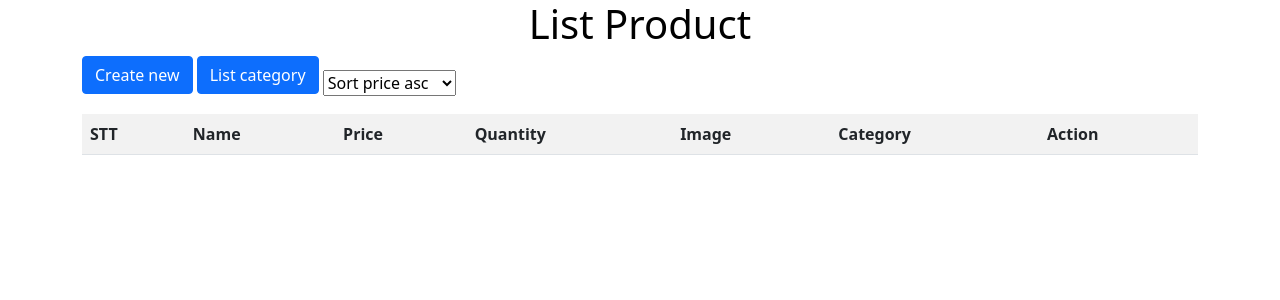
Repository: hongquan16101995/servlet-jw0124
Page: http://localhost/demo/products
These files come from the project's save history. The page is drawn as it stood at one moment and after the next save; the edit follows.
The browser window is 1280 px wide. The pictures show the whole page.
The page is served by Tomcat 9. Other server files are loaded and not shown. Queries for data that is not in the repository find no rows.

Above is the page before, as saved 2024-05-21 14:00:29.

### demo/src/main/webapp/product/list.jsp
<%@ page language="java" contentType="text/html; charset=ISO-8859-1"
    pageEncoding="ISO-8859-1"%>
<%@ taglib prefix = "c" uri = "http://java.sun.com/jsp/jstl/core" %>
<!DOCTYPE html>
<html>
<head>
<meta charset="ISO-8859-1">
<title>Insert title here</title>
<link href="https://cdn.jsdelivr.net/npm/bootstrap@5.0.2/dist/css/bootstrap.min.css" rel="stylesheet" integrity="sha384-EVSTQN3/azprG1Anm3QDgpJLIm9Nao0Yz1ztcQTwFspd3yD65VohhpuuCOmLASjC" crossorigin="anonymous">
<script src="https://cdn.jsdelivr.net/npm/bootstrap@5.0.2/dist/js/bootstrap.bundle.min.js" integrity="sha384-MrcW6ZMFYlzcLA8Nl+NtUVF0sA7MsXsP1UyJoMp4YLEuNSfAP+JcXn/tWtIaxVXM" crossorigin="anonymous"></script>
<style type="text/css">
	img {
		width: 150px;
		height: 150px;
	}

	h1 {
		text-align: center;
	}

	.btn-primary {
		margin-bottom: 20px;
	}

	a {
		text-decoration: none;
		color: black;
	}
</style>
</head>
<body>
<div class="container">
<h1><a href="/demo/products">List Product</a></h1>
<div class="row">
<div class="col-md-8">
<a class="btn btn-primary" href="/demo/products?action=createGet">Create new</a>
<a class="btn btn-primary" href="/demo/categories">List category</a>
<select>
<option><a href="/demo/products?action=sortPrice&status=ASC">Sort price asc</a></option>
<option><a href="/demo/products?action=sortPrice&status=DESC">Sort price desc</a></option>
</select>
</div>
<div class="col-md-4"></div>
</div>


<table class="table table-striped">
	<tr>
		<th>STT</th>
		<th>Name</th>
		<th>Price</th>
		<th>Quantity</th>
		<th>Image</th>
		<th>Category</th>
		<th colspan="2">Action</th>
	</tr>
	<c:forEach items="${products}" var="p" varStatus="ps">
	<tr>
		<td>${ps.count }</td>
		<td>${p.name }</td>
		<td>${p.price }</td>
		<td>${p.quantity }</td>
		<td><img src="${p.image }"/></td>
		<td><a href="/demo/products?action=findByCategory&cId=${p.category.id }">${p.category.name }</a></td>
		<td><a class="btn btn-warning" href="/demo/products?action=updateGet&id=${p.id }">Edit</a></td>
		<td><button class="btn btn-danger" onclick="deleteProduct(${p.id })">Delete</button></td>
	</tr>
	</c:forEach>
</table>
</div>
</body>
<script>
	function deleteProduct(id) {
		if (confirm("Are you sure?")) {
			window.location.href = "http://localhost:8080/demo/products?action=deleteProduct&id=" + id
		}
	}
</script>
</html>

### demo/src/main/java/controller/ProductServlet.java
package controller;

import java.io.IOException;
import java.util.List;

import javax.servlet.ServletException;
import javax.servlet.annotation.WebServlet;
import javax.servlet.http.HttpServlet;
import javax.servlet.http.HttpServletRequest;
import javax.servlet.http.HttpServletResponse;

import model.Category;
import model.Product;
import service.CategoryService;
import service.ProductService;

/**
 * Servlet implementation class ProductServlet
 */
@WebServlet("/products")
public class ProductServlet extends HttpServlet {
	private static final long serialVersionUID = 1L;
	private ProductService productService = new ProductService();
	private CategoryService categoryService = new CategoryService();

	/**
	 * @see HttpServlet#doGet(HttpServletRequest request, HttpServletResponse response)
	 */
	protected void doGet(HttpServletRequest request, HttpServletResponse response) throws ServletException, IOException {
		// TODO Auto-generated method stub
		String action = request.getParameter("action");
		if (action == null) {
			action = "";
		}
		switch(action) {
			case "createGet":
				createGet(request, response);
				break;
			case "updateGet":
				updateGet(request, response);
				break;
			case "deleteProduct":
				deleteProduct(request, response);
				break;
			case "findByCategory":
				findByCategory(request, response);
				break;
			case "sortPrice":
				sortPrice(request, response);
				break;
			default:
				displayAllProduct(request, response);
				break;
		}
	}

	/**
	 * @see HttpServlet#doPost(HttpServletRequest request, HttpServletResponse response)
	 */
	protected void doPost(HttpServletRequest request, HttpServletResponse response) throws ServletException, IOException {
		// TODO Auto-generated method stub
		String action = request.getParameter("action");
		if (action == null) {
			action = "";
		}
		switch(action) {
			case "createPost":
				createPost(request, response);
				break;
			case "updatePost":
				updatePost(request, response);
				break;
		}
	}

	private void displayAllProduct(HttpServletRequest request, HttpServletResponse response) throws ServletException, IOException {
		List<Product> products = productService.getProducts();
		request.setAttribute("products", products);
		request.getRequestDispatcher("product/list.jsp").forward(request, response);
	}

	private void findByCategory(HttpServletRequest request, HttpServletResponse response) throws ServletException, IOException {
//		int categoryId = Integer.parseInt(request.getParameter("cId"));
//		List<Product> products = productService.findByCateogory(categoryId);
//		request.setAttribute("products", products);
//		request.getRequestDispatcher("product/list.jsp").forward(request, response);
	}

	private void createGet(HttpServletRequest request, HttpServletResponse response) throws ServletException, IOException {
		Product product = new Product();
		List<Category> categories = categoryService.getCategories();
		request.setAttribute("product", product);
		request.setAttribute("categories", categories);
		request.getRequestDispatcher("product/create.jsp").forward(request, response);
	}

	private void createPost(HttpServletRequest request, HttpServletResponse response) throws ServletException, IOException {
		String name = request.getParameter("name");
		double price = Double.parseDouble(request.getParameter("price"));
		int quantity = Integer.parseInt(request.getParameter("quantity"));
		String image = request.getParameter("image");
		int categoryId = Integer.parseInt(request.getParameter("cId"));
		Category category = categoryService.getById(categoryId);
		productService.createProduct(new Product(name, price, quantity, image, category, 0));
		response.sendRedirect("/demo/products");
	}

	private void updateGet(HttpServletRequest request, HttpServletResponse response) throws ServletException, IOException {
		int id = Integer.parseInt(request.getParameter("id"));
		Product product = productService.getById(id);
		List<Category> categories = categoryService.getCategories();
		request.setAttribute("product", product);
		request.setAttribute("categories", categories);
		request.getRequestDispatcher("product/update.jsp").forward(request, response);
	}

	private void updatePost(HttpServletRequest request, HttpServletResponse response) throws ServletException, IOException {
		int id = Integer.parseInt(request.getParameter("id"));
		String name = request.getParameter("name");
		double price = Double.parseDouble(request.getParameter("price"));
		int quantity = Integer.parseInt(request.getParameter("quantity"));
		String image = request.getParameter("image");
		int categoryId = Integer.parseInt(request.getParameter("cId"));
		Category category = categoryService.getById(categoryId);
		productService.updateProduct(id, new Product(id, name, price, quantity, image, category, 0));
		response.sendRedirect("/demo/products");
	}

	private void deleteProduct(HttpServletRequest request, HttpServletResponse response) throws ServletException, IOException {
		int id = Integer.parseInt(request.getParameter("id"));
		productService.deleteProduct(id);
		response.sendRedirect("/demo/products");
	}

	private void sortPrice(HttpServletRequest request, HttpServletResponse response) throws ServletException, IOException {
		String status = request.getParameter("status");
		List<Product> products = productService.sortByPrice(status);
		request.setAttribute("products", products);
		request.getRequestDispatcher("product/list.jsp").forward(request, response);
	}


}

### demo/src/main/java/DAO/ProductDAO.java
package DAO;

import java.sql.Connection;
import java.sql.PreparedStatement;
import java.sql.ResultSet;
import java.sql.SQLException;
import java.util.ArrayList;
import java.util.List;

import connection.MyConnection;
import model.Product;
import model.Category;

public class ProductDAO {
	private Connection connection;
	private CategoryDAO categoryDAO;
	private static final String SELECT_ALL_PRODUCT = "select * from product;";
	private static final String SELECT_BY_ID = "select * from product where id = ?;";
	private static final String INSERT_INTO = "insert into product(name,price,quantity,image,c_id,status) value (?,?,?,?,?,?);";
	private static final String UPDATE_BY_ID = "update product set name = ?, price = ?, quantity = ?, image = ?, c_id = ? where id = ?;";
	private static final String DELETE_BY_ID = "delete from product where id = ?;";
	private static String SORT_BY_PRICE = "select * from product order by price";
	private static String SORT_BY_QUANTITY = "select * from product order by quantity";
	private static final String SEARCH_BY_NAME = "select * from product where name like ?";

	public ProductDAO() {
		connection = MyConnection.getConnection();
		categoryDAO = new CategoryDAO();
	}

	public List<Product> findAll() {
		List<Product> products = new ArrayList<>();
		try (PreparedStatement preparedStatement = connection.prepareStatement(SELECT_ALL_PRODUCT);) {
			ResultSet rs = preparedStatement.executeQuery();
			while (rs.next()) {
				int id = rs.getInt("id");
				String name = rs.getString("name");
				double price = rs.getDouble("price");
				int quantity = rs.getInt("quantity");
				String image = rs.getString("image");
				int status = rs.getInt("status");
				int cId = rs.getInt("c_id");
				Category category = categoryDAO.findById(cId);
				products.add(new Product(id, name, price, quantity, image, category, status));
			}
		}catch (SQLException e) {
			e.printStackTrace();
		}
		return products;
	}

	public void create(Product product) {
		try (PreparedStatement preparedStatement = connection.prepareStatement(INSERT_INTO);) {
			preparedStatement.setString(1, product.getName());
			preparedStatement.setDouble(2, product.getPrice());
			preparedStatement.setInt(3, product.getQuantity());
			preparedStatement.setString(4, product.getImage());
			preparedStatement.setInt(5, product.getCategory().getId());
			preparedStatement.setInt(6, 0);
			preparedStatement.executeUpdate();
		}catch (SQLException e) {
			e.printStackTrace();
		}
	}

	public Product findById(int id) {
		try (PreparedStatement preparedStatement = connection.prepareStatement(SELECT_BY_ID);) {
			preparedStatement.setInt(1, id);
			ResultSet rs = preparedStatement.executeQuery();
			while (rs.next()) {
				int idDb = rs.getInt("id");
				String name = rs.getString("name");
				double price = rs.getDouble("price");
				int quantity = rs.getInt("quantity");
				String image = rs.getString("image");
				int status = rs.getInt("status");
				int cId = rs.getInt("c_id");
				Category category = categoryDAO.findById(cId);
				return new Product(idDb, name, price, quantity, image, category, status);
			}
		}catch (SQLException e) {
			e.printStackTrace();
		}
		return null;
	}

	public void update(int id, Product product) {
		try (PreparedStatement preparedStatement = connection.prepareStatement(UPDATE_BY_ID);) {
			preparedStatement.setString(1, product.getName());
			preparedStatement.setDouble(2, product.getPrice());
			preparedStatement.setInt(3, product.getQuantity());
			preparedStatement.setString(4, product.getImage());
			preparedStatement.setInt(5, product.getCategory().getId());
			preparedStatement.setInt(6, id);
			preparedStatement.executeUpdate();
		}catch (SQLException e) {
			e.printStackTrace();
		}
	}

	public void deleteById(int id) {
		try (PreparedStatement preparedStatement = connection.prepareStatement(DELETE_BY_ID);) {
			preparedStatement.setInt(1, id);
			preparedStatement.executeUpdate();
		}catch (SQLException e) {
			e.printStackTrace();
		}
	}

	public List<Product> sortByPrice(String statusSort) {
		List<Product> products = new ArrayList<>();
		if (statusSort.equals("DESC")) {
			SORT_BY_PRICE += " DESC;";
		} else if (statusSort.equals("ASC")){
			SORT_BY_PRICE += " ASC;";
		}
		try (PreparedStatement preparedStatement = connection.prepareStatement(SORT_BY_PRICE);) {
			ResultSet rs = preparedStatement.executeQuery();
			while (rs.next()) {
				int id = rs.getInt("id");
				String name = rs.getString("name");
				double price = rs.getDouble("price");
				int quantity = rs.getInt("quantity");
				String image = rs.getString("image");
				int status = rs.getInt("status");
				int cId = rs.getInt("c_id");
				Category category = categoryDAO.findById(cId);
				products.add(new Product(id, name, price, quantity, image, category, status));
			}
		}catch (SQLException e) {
			e.printStackTrace();
		}
		return products;
	}

	public List<Product> sortByQuantity(String statusSort){
		List<Product> products = new ArrayList<>();
		if (statusSort.equals("DESC")) {
			SORT_BY_QUANTITY += " DESC;";
		} else if (statusSort.equals("ASC")){
			SORT_BY_QUANTITY += " ASC;";
		}
		try (PreparedStatement preparedStatement = connection.prepareStatement(SORT_BY_QUANTITY);) {
			ResultSet rs = preparedStatement.executeQuery();
			while (rs.next()) {
				int id = rs.getInt("id");
				String name = rs.getString("name");
				double price = rs.getDouble("price");
				int quantity = rs.getInt("quantity");
				String image = rs.getString("image");
				int status = rs.getInt("status");
				int cId = rs.getInt("c_id");
				Category category = categoryDAO.findById(cId);
				products.add(new Product(id, name, price, quantity, image, category, status));
			}
		}catch (SQLException e) {
			e.printStackTrace();
		}
		return products;
	}

	public List<Product> searchByName(String search) {
		List<Product> categories = new ArrayList<>();
		try (PreparedStatement preparedStatement = connection.prepareStatement(SEARCH_BY_NAME);) {
			preparedStatement.setString(1, "%" + search + "%");
			ResultSet rs = preparedStatement.executeQuery();
			while (rs.next()) {
				int id = rs.getInt("id");
				String name = rs.getString("name");
				double price = rs.getDouble("price");
				int quantity = rs.getInt("quantity");
				String image = rs.getString("image");
				int status = rs.getInt("status");
				int cId = rs.getInt("c_id");
				Category category = categoryDAO.findById(cId);
				categories.add(new Product(id, name, price, quantity, image, category, status));
			}
		}catch (SQLException e) {
			e.printStackTrace();
		}
		return categories;
	}

}

### demo/src/main/java/connection/MyConnection.java
package connection;

import java.sql.Connection;
import java.sql.DriverManager;
import java.sql.SQLException;

public class MyConnection {
	private static String jdbcURL ="jdbc:mysql://localhost:3306/demo?useSSL=false";
	private static String jdbcUsername = "root";
	private static String jdbcPassword = "123456";

	public static Connection getConnection() {
		Connection connection = null;

		try {
			Class.forName("com.mysql.cj.jdbc.Driver");
			connection = DriverManager.getConnection(jdbcURL, jdbcUsername, jdbcPassword);
		} catch (SQLException | ClassNotFoundException e) {
			e.printStackTrace();
		}

		return connection;
	}

}

### demo/src/main/java/DAO/CategoryDAO.java
package DAO;

import java.sql.Connection;
import java.sql.PreparedStatement;
import java.sql.ResultSet;
import java.sql.SQLException;
import java.util.ArrayList;
import java.util.List;

import connection.MyConnection;
import model.Category;

public class CategoryDAO {
	private Connection connection;
	private static final String SELECT_ALL_CATEGORY = "select * from category;";
	private static final String SELECT_BY_ID = "select * from category where id = ?;";
	private static final String INSERT_INTO = "insert into category(name, status) value (?,?);";
	private static final String UPDATE_BY_ID = "update category set name = ? where id = ?;";

	public CategoryDAO() {
		connection = MyConnection.getConnection();
	}

	public List<Category> findAll() {
		List<Category> categories = new ArrayList<>();
		try (PreparedStatement preparedStatement = connection.prepareStatement(SELECT_ALL_CATEGORY);) {
			ResultSet rs = preparedStatement.executeQuery();
			while (rs.next()) {
				int id = rs.getInt("id");
				String name = rs.getString("name");
				int status = rs.getInt("status");
				categories.add(new Category(id, name, status));
			}
		}catch (SQLException e) {
			e.printStackTrace();
		}
		return categories;
	}

	public void create(Category category) {
		try (PreparedStatement preparedStatement = connection.prepareStatement(INSERT_INTO);) {
			preparedStatement.setString(1, category.getName());
			preparedStatement.setInt(2, 0);
			preparedStatement.executeUpdate();
		}catch (SQLException e) {
			e.printStackTrace();
		}
	}

	public Category findById(int id) {
		try (PreparedStatement preparedStatement = connection.prepareStatement(SELECT_BY_ID);) {
			preparedStatement.setInt(1, id);
			ResultSet rs = preparedStatement.executeQuery();
			while (rs.next()) {
				int idDb = rs.getInt("id");
				String name = rs.getString("name");
				int status = rs.getInt("status");
				return new Category(idDb, name, status);
			}
		}catch (SQLException e) {
			e.printStackTrace();
		}
		return null;
	}

	public void update(int id, Category category) {
		try (PreparedStatement preparedStatement = connection.prepareStatement(UPDATE_BY_ID);) {
			preparedStatement.setString(1, category.getName());
			preparedStatement.setInt(2, id);
			preparedStatement.executeUpdate();
		}catch (SQLException e) {
			e.printStackTrace();
		}
	}
}

After the next save:
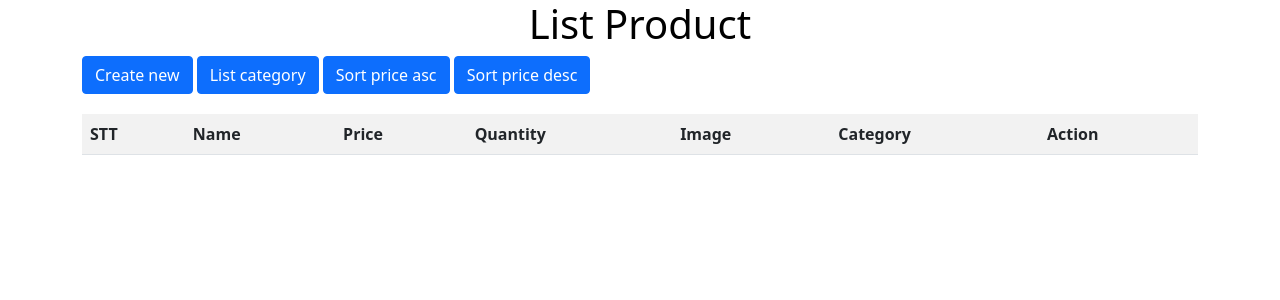
Saved 113 s later.
--- a/demo/src/main/webapp/product/list.jsp
+++ b/demo/src/main/webapp/product/list.jsp
@@ -35,10 +35,8 @@
 <div class="col-md-8">
 <a class="btn btn-primary" href="/demo/products?action=createGet">Create new</a>
 <a class="btn btn-primary" href="/demo/categories">List category</a>
-<select>
-<option><a href="/demo/products?action=sortPrice&status=ASC">Sort price asc</a></option>
-<option><a href="/demo/products?action=sortPrice&status=DESC">Sort price desc</a></option>
-</select>
+<a class="btn btn-primary" href="/demo/products?action=sortPrice&status=ASC">Sort price asc</a>
+<a class="btn btn-primary" href="/demo/products?action=sortPrice&status=DESC">Sort price desc</a>
 </div>
 <div class="col-md-4"></div>
 </div>
